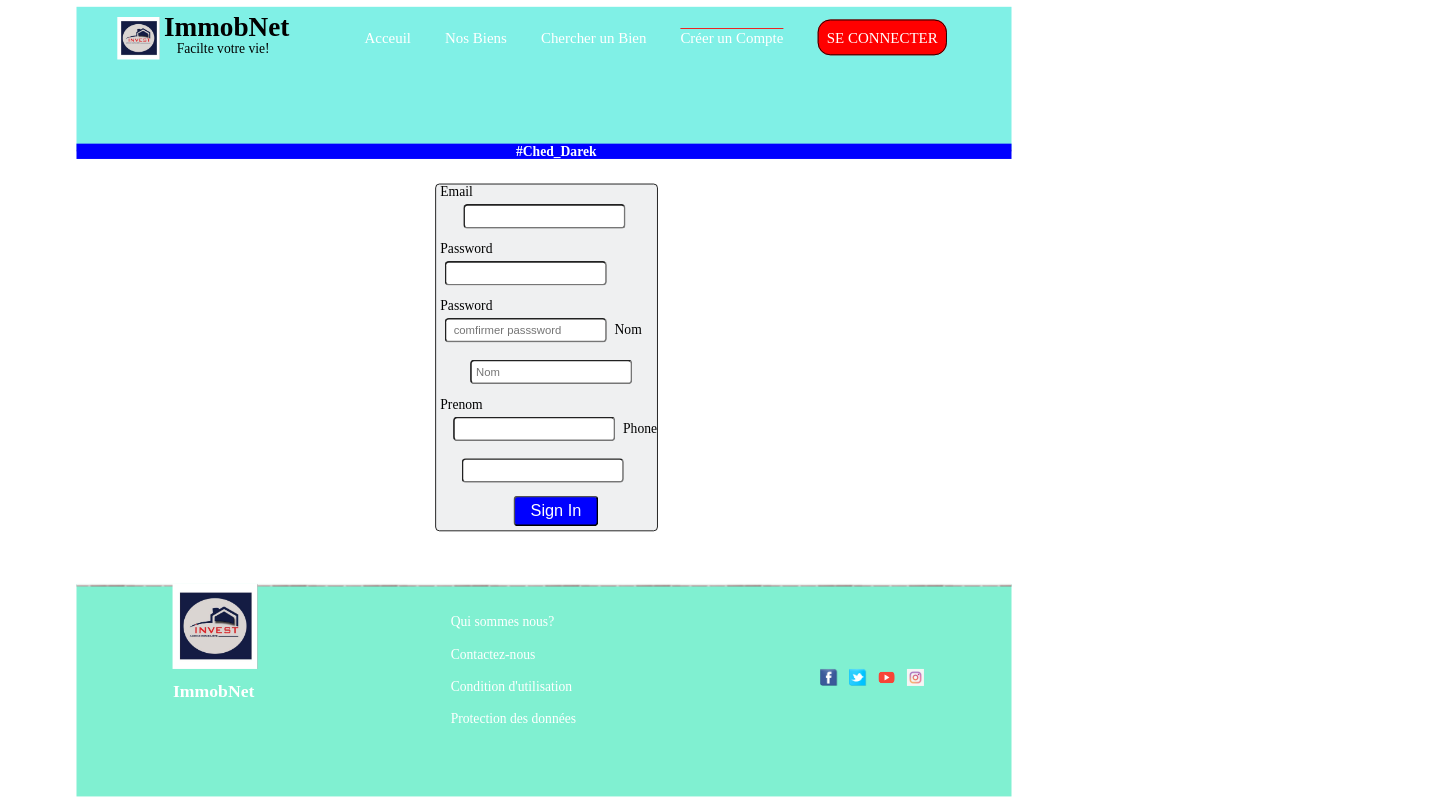
Repository: hassen-mnejja/Real_Estate_Agency_Website
Page: http://localhost/frontoffice/Register
These files come from the project's save history. The page is drawn as it stood at one moment and after the next save; the edit follows.
The browser window is 1280 px wide. The page is 1707 px wide, so the pictures cover 1707 px, including what lies to the right of the window. The pictures show the whole page, at 85% of full size.
The page is served by Tomcat 9.

Above is the page before, as saved 2020-06-26 17:54:37.

After the next save:
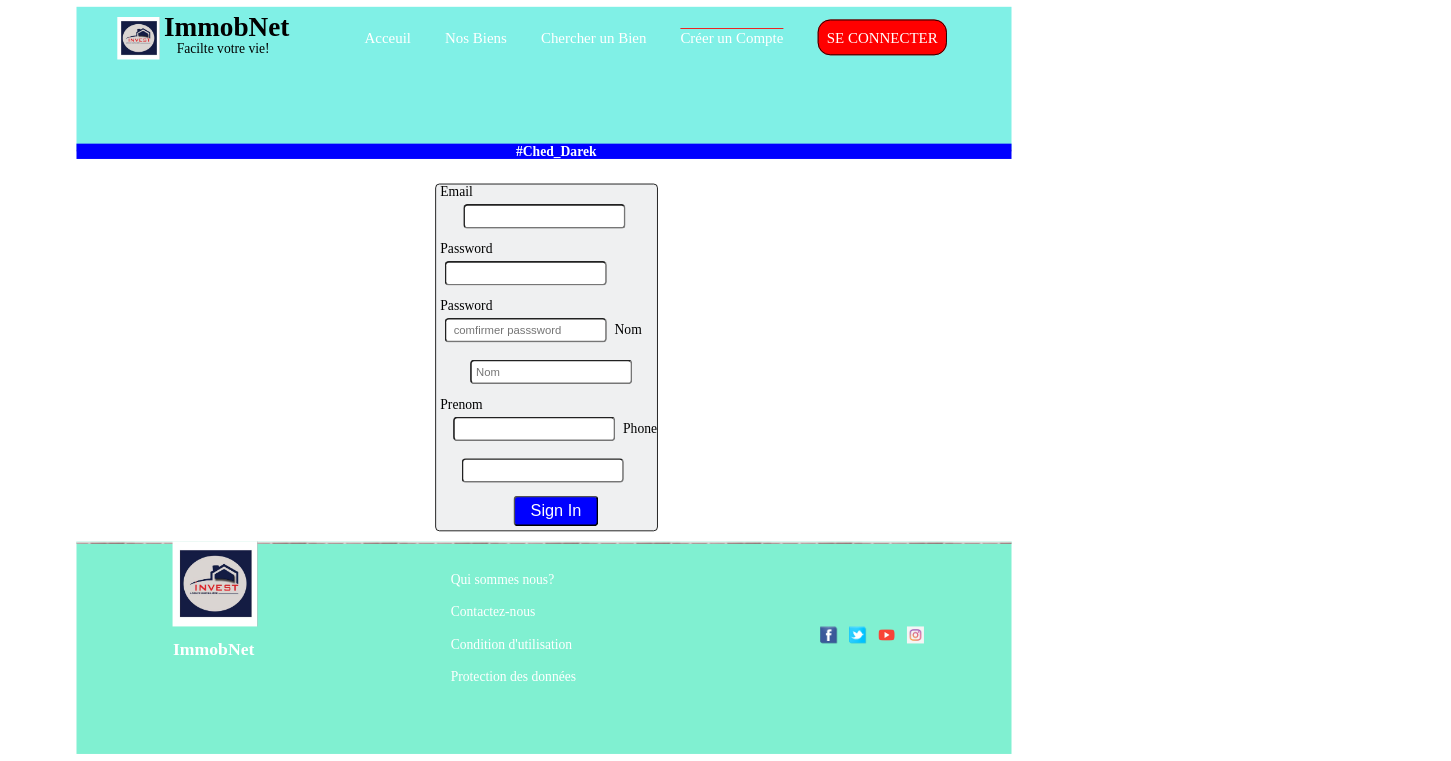
Saved 13 s later.
--- a/frontoffice/WebContent/WEB-INF/register.jsp
+++ b/frontoffice/WebContent/WEB-INF/register.jsp
@@ -114,7 +114,7 @@
     <button type="submit" class="btn btn-primary">Sign In</button>
     </form>
 
-     <div id="final" style="margin-top:500px;">
+     <div id="final" style="margin-top:450px;">
             <footer>
             	    <div class="element1">
 
